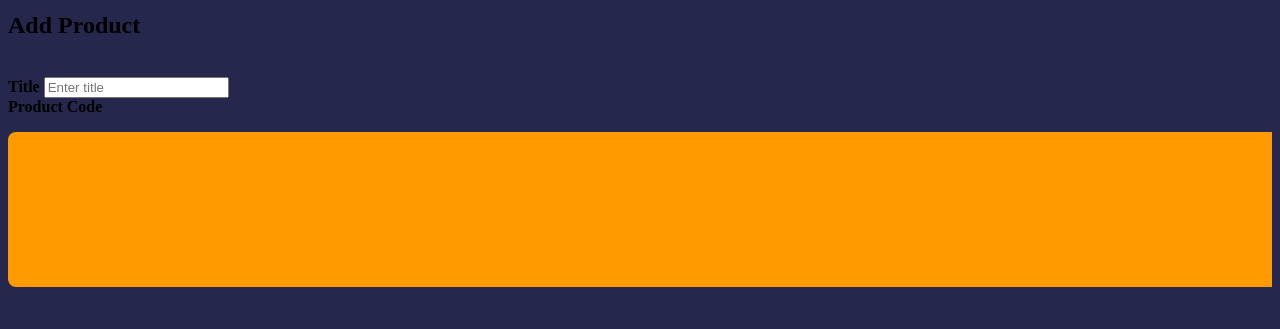
Repository: Abdaljawad-Aya/Laravel
Page: http://localhost/products/create
These files come from the project's save history. The page is drawn as it stood at one moment and after the next save; the edit follows.
The browser window is 1280 px wide. The pictures show the whole page.
The page is served by the project's Laravel application, run on PHP 8.4 with Laravel 8.

Above is the page before, as saved 2021-02-22 20:32:37.

After the next save:
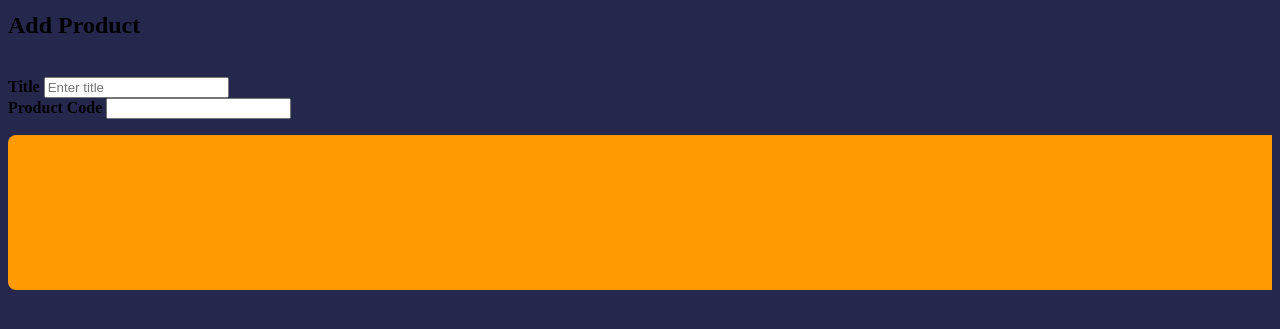
Saved 24 s later.
--- a/adminTheme/resources/views/product/create.blade.php
+++ b/adminTheme/resources/views/product/create.blade.php
@@ -18,6 +18,7 @@ post" name="add_product">
     <div class="col-md-12">
         <div class="form-group">
             <strong>Product Code</strong>
+            <input type="text" name="product_code" class="form-control">
         </div>
     </div>
 </div>
